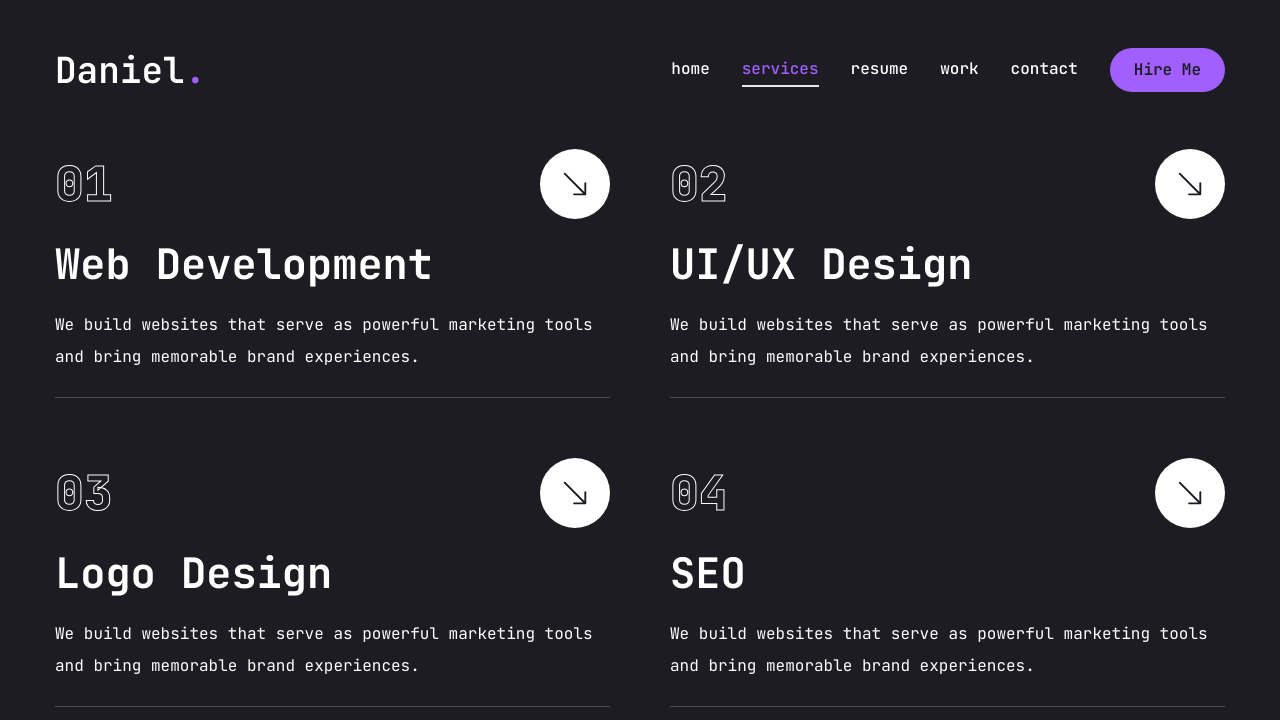
Repository: itsDarkos/Daniel-Portfolio
Page: /services
These files come from the project's save history. The page is drawn as it stood at one moment and after a run of saves; the edit follows.
The browser window is 1280 px wide. The pictures show the whole page.
The project was rebuilt for these pictures with package versions that can differ from the ones it lists, and the page was loaded fresh each time. The framework's server and built-in components were replaced by stand-ins that run in the browser. Also part of the build but not shown: next.config.mjs.

Above is the page before, as saved 2025-01-04 19:11:31.

### app/layout.jsx
import { JetBrains_Mono } from "next/font/google";
import "./globals.css";

// components
import Header from "@/components/Header";
import PageTransition from "@/components/PageTransition";
import StairTransition from "@/components/StairTransition";

const jetBrainsMono = JetBrains_Mono({
  variable: "--font-jetBrainsMono",
  weight: ["100", "200", "300", "400", "500", "600", "700", "800"],
  subsets: ["latin"],
});

export const metadata = {
  title: "Create Next App",
  description: "Generated by create next app",
};

export default function RootLayout({ children }) {
  return (
    <html lang="en">
      <body className={jetBrainsMono.variable}>
        <Header />
        <StairTransition />
        <PageTransition>{children}</PageTransition>
      </body>
    </html>
  );
}

### app/services/page.jsx
"use client";

import { BsArrowDownRight } from "react-icons/bs";
import Link from "next/link";

const services = [
  {
    num: "01",
    title: "Web Development",
    description:
      "We build websites that serve as powerful marketing tools and bring memorable brand experiences.",
    href: "",
  },
  {
    num: "02",
    title: "UI/UX Design",
    description:
      "We build websites that serve as powerful marketing tools and bring memorable brand experiences.",
    href: "",
  },
  {
    num: "03",
    title: "Logo Design",
    description:
      "We build websites that serve as powerful marketing tools and bring memorable brand experiences.",
    href: "",
  },
  {
    num: "04",
    title: "SEO",
    description:
      "We build websites that serve as powerful marketing tools and bring memorable brand experiences.",
    href: "",
  },
];

import { motion } from "framer-motion";

const Services = () => {
  return (
    <section className="min-h-[80vh] flex flex-col justify-center py-12 xl:py-0">
      <div className="container mx-auto">
        <motion.div
          initial={{ opacity: 0 }}
          animate={{
            opacity: 1,
            transition: { delay: 2.4, duration: 0.4, ease: "easeIn" },
          }}
          className="grid grid-cols-1 md:grid-cols-2 gap-[60px]"
        >
          {services.map((service, index) => {
            return (
              <div
                key={index}
                className="flex-1 flex flex-col justify-center gap-6 group"
              >
                {/* top */}
                <div className="w-full flex justify-between items-center">
                  <div className="text-5xl font-extrabold text-outline text-transparent group-hover:text-outline-hover transition-all duration-500">
                    {service.num}
                  </div>
                  <Link href={service.href} className="w-[70px] h-[70px] rounded-full bg-white group-hover:bg-accent transition-all duration-500 flex justify-center items-center hover:-rotate-45">
                    <BsArrowDownRight className="text-primary text-3xl" />
                  </Link>
                </div>
                {/* tiltle */}
                <h2 className="text-[42px] font-bold leading-none text-white group-hover:text-accent transition-all duration-500">{service.title}</h2>
                {/* description */}
                <p className="text-white">{service.description}</p>
                {/* border */}
                <div className="border-b border-white/20 w-full"></div>
              </div>
            );
          })}
        </motion.div>
      </div>
    </section>
  );
};

export default Services;

### app/globals.css
@tailwind base;
@tailwind components;
@tailwind utilities;

@layer base {
  body {
    @apply font-primary bg-primary text-white leading-loose;
  }

  .h1 {
    @apply text-[48px] xl:text-[80px] leading-[1.1] font-semibold;
  }

  .h2 {
    @apply text-[36px] xl:text-[48px] leading-[1.1] font-semibold;
  }

  .h3 {
    @apply text-[20px] xl:text-[24px] leading-[1.1] font-semibold;
  }
  .text-outline{
    -webkit-text-stroke: 1px #ffffff;
  }

  .text-outline-hover{
    -webkit-text-stroke: 1px #a15fff;
  }
}

### components/Header.jsx
import Link from "next/link";
import { Button } from "./ui/button";

// components
import { Nav } from "./Nav";
import MobileNav from "./MobileNav";

export const Header = () => {
  return (
    <header className="py-8 xl:py-12 text-white">
      <div className="container mx-auto flex justify-between items-center">
        {/* logo */}
        <Link href="/">
          <h1 className="text-4xl font-semibold">
            Daniel<span className="text-accent">.</span>
          </h1>
        </Link>
        {/* desktop nav & hire me button */}
        <div className="hidden xl:flex items-center gap-8">
          <Nav />
          <Link href="/contact">
            <Button>Hire Me</Button>
          </Link>
        </div>
        {/* mobile nav */}
        <div className="xl:hidden">
          <MobileNav />
        </div>
      </div>
    </header>
  );
};

export default Header;

### components/PageTransition.jsx
"use client";

import { AnimatePresence, motion } from "framer-motion"
import { usePathname } from "next/navigation";

const PageTransition = ({children}) => {
  const pathname = usePathname();
  return <AnimatePresence>
    <div key={pathname}>
      <motion.div
        initial ={{opacity: 1}}
        animate={{
          opacity: 0,
          transition:{delay: 1, duration: 0.4, ease: "easeInOut"},
        }}
        className="h-screen w-screen fixed bg-primary top-0 pointer-events-none"
      />
      {children}
    </div>
    </AnimatePresence>
}

export default PageTransition

### components/StairTransition.jsx
"use client";

import { AnimatePresence, motion } from "framer-motion";
import { usePathname } from "next/navigation";

//components
import Stairs from "./Stairs";

const StairTransition = () => {
  const pathname = usePathname();
  return (
    <>
      <AnimatePresence mode="wait">
        <div key={pathname}>
          <div className="h-screen w-screen fixed top-0 left-0 right-0 pointer-events-none z-40 flex">
            <Stairs />
          </div>
          <motion.div
            className="h-screen w-screen fixed bg-primary top-0 pointer-events-none"
            initial={{ opacity: 1 }}
            animate={{
              opacity: 0,
              transition: { delay: 1, duration: 0.4, ease: "easeInOut" },
            }}
          />
        </div>
      </AnimatePresence>
    </>
  );
};

export default StairTransition;

### components/ui/button.jsx
import * as React from "react";
import { Slot } from "@radix-ui/react-slot";
import { cva } from "class-variance-authority";

import { cn } from "@/lib/utils";

const buttonVariants = cva(
  "inline-flex items-center justify-center whitespace-nowrap rounded-full text-base font-semibold ring-offset-white transition-colors",
  {
    variants: {
      variant: {
        default:  "bg-accent text-primary hover:bg-accent-hover",
        primary:  "bg-primary text-white",
        outline:  "border border-accent bg-transparent text-accent hover:bg-accent hover:text-primary",
      },
      size: {
        default: "h-[44px] px-6",
        sm: "h-[48px] px-6",
        lg: "h-[56px] px-8 text-sm uppercase tracking-[2px]",
      },
    },
    defaultVariants: {
      variant: "default",
      size: "default",
    },
  }
);

const Button = React.forwardRef(
  ({ className, variant, size, asChild = false, ...props }, ref) => {
    const Comp = asChild ? Slot : "button";
    return (
      <Comp
        className={cn(buttonVariants({ variant, size, className }))}
        ref={ref}
        {...props}
      />
    );
  }
);
Button.displayName = "Button";

export { Button, buttonVariants };

### components/Nav.jsx
"use client";

import Link from "next/link";
import { usePathname } from "next/navigation";

const links = [
  {
    name: "home",
    path: "/",
  },
  {
    name: "services",
    path: "/services",
  },
  {
    name: "resume",
    path: "/resume",
  },
  {
    name: "work",
    path: "/work",
  },
  {
    name: "contact",
    path: "/contact",
  },
];

export const Nav = () => {
  const pathname = usePathname();
  console.log(pathname);
  return (
    <nav className="flex gap-8">
      {links.map((link, index) => {
        return (
          <Link
            href={link.path}
            key={index}
            className={`${
              link.path === pathname && "text-accent border-b-2 border-accent"
            }capitalize font-medium hover:text-accent transition all`}>
            {link.name}
          </Link>
        );
      })}
    </nav>
  );
};

export default Nav;

### components/MobileNav.jsx
"use client";

import { Sheet, SheetContent, SheetTrigger } from "@/components/ui/sheet";
import { usePathname } from "next/navigation";
import Link from "next/link";
import { CiMenuFries } from "react-icons/ci";

const links = [
  {
    name: "home",
    path: "/",
  },
  {
    name: "services",
    path: "/services",
  },
  {
    name: "resume",
    path: "/resume",
  },
  {
    name: "work",
    path: "/work",
  },
  {
    name: "contact",
    path: "/contact",
  },
];

const MobileNav = () => {
  const pathname = usePathname();
  return (
    <Sheet>
      <SheetTrigger className="flex justify-center items-center">
        <CiMenuFries className="text-[32px] text-accent" />
      </SheetTrigger>
      <SheetContent className="flex flex-col">
        {/* logo */}
        <div className="mt-32 mt-40 text-center text-2xl">
          <Link href="/"></Link>
          <h1 className="text-4xl font-semibold">
            Daniel<span className="text-accent">.</span>
          </h1>
        </div>
        {/* nav */}
        <nav className="flex flex-col justifi-center items-center gap-8">
          {links.map((link, index) => {
            return (
              <Link
                href={link.path}
                key={index}
                className={`${
                  link.path === pathname &&
                  "text-accent border-b-2 border-accent"
                } text-xl capitalize hover:text-accent transition`}
              >
                {link.name}
              </Link>
            );
          })}
        </nav>
      </SheetContent>
    </Sheet>
  );
};

export default MobileNav;

### components/Stairs.jsx
import { animate, motion } from "framer-motion";

//variants
const stairAimation = {
  initial: {
    top: "0%",
  },
  animate: {
    top: "100%",
  },
  exit: {
    top: ["100%", "0%"],
  },
};

//calculate the reverse index fot staggred delay
const reverseIndex = (index) => {
  const totalSteps = 6; //number of steps
  return totalSteps - index - 1;
};

const Stairs = () => {
  return (
    <>
      {/* render & motion divs, each representing a step of the stairs.
      Each div will have the same animation defined by the stoirsAnimation object.
      The delay for each div is calculated sinomically based on it's reversed index,
      creating a staggered effect with decreasing delay for each subsequent step.
     */}
      {[...Array(6)].map((_, index) => {
        return (
          <motion.div
            key={index}
            variants={stairAimation}
            initial="initial"
            animate="animate"
            exit="exit"
            transition={{
              duration: 0.4,
              ease: "easeInOut",
              delay: reverseIndex(index) * 0.1,
            }}
            className="h-full w-full bg-white relative"
          />
        );
      })}
    </>
  );
};

export default Stairs;

### components/ui/sheet.jsx
"use client";
import * as React from "react"
import * as SheetPrimitive from "@radix-ui/react-dialog"
import { cva } from "class-variance-authority";
import { cn } from "@/lib/utils"

import {IoMdClose} from "react-icons/io"

const Sheet = SheetPrimitive.Root

const SheetTrigger = SheetPrimitive.Trigger

const SheetClose = SheetPrimitive.Close

const SheetPortal = SheetPrimitive.Portal

const SheetOverlay = React.forwardRef(({ className, ...props }, ref) => (
  <SheetPrimitive.Overlay
    className={cn(
      "fixed inset-0 z-50 bg-black/80  data-[state=open]:animate-in data-[state=closed]:animate-out data-[state=closed]:fade-out-0 data-[state=open]:fade-in-0",
      className
    )}
    {...props}
    ref={ref} />
))
SheetOverlay.displayName = SheetPrimitive.Overlay.displayName

const sheetVariants = cva(
  "fixed z-50 gap-4 bg-primary p-6 shadow-lg transition ease-in-out data-[state=open]:animate-in data-[state=closed]:animate-out data-[state=closed]:duration-300 data-[state=open]:duration-500 dark:bg-neutral-950",
  {
    variants: {
      side: {
        top: "inset-x-0 top-0 border-b data-[state=closed]:slide-out-to-top data-[state=open]:slide-in-from-top",
        bottom:
          "inset-x-0 bottom-0 border-t data-[state=closed]:slide-out-to-bottom data-[state=open]:slide-in-from-bottom",
        left: "inset-y-0 left-0 h-full w-3/4 border-r data-[state=closed]:slide-out-to-left data-[state=open]:slide-in-from-left sm:max-w-sm",
        right:
          "inset-y-0 right-0 h-full w-3/4 data-[state=closed]:slide-out-to-right data-[state=open]:slide-in-from-right sm:max-w-sm",
      },
    },
    defaultVariants: {
      side: "right",
    },
  }
)

const SheetContent = React.forwardRef(({ side = "right", className, children, ...props }, ref) => (
  <SheetPortal>
    <SheetOverlay />
    <SheetPrimitive.Content ref={ref} className={cn(sheetVariants({ side }), className)} {...props}>
      {children}
      <SheetPrimitive.Close
        className="absolute right-8 top-8 transition opacity ouline-none">
        <IoMdClose className="text-3xl text-accent" />
        <span className="sr-only">Close</span>
      </SheetPrimitive.Close>
    </SheetPrimitive.Content>
  </SheetPortal>
))
SheetContent.displayName = SheetPrimitive.Content.displayName

const SheetHeader = ({
  className,
  ...props
}) => (
  <div
    className={cn("flex flex-col space-y-2 text-center sm:text-left", className)}
    {...props} />
)
SheetHeader.displayName = "SheetHeader"

const SheetFooter = ({
  className,
  ...props
}) => (
  <div
    className={cn("flex flex-col-reverse sm:flex-row sm:justify-end sm:space-x-2", className)}
    {...props} />
)
SheetFooter.displayName = "SheetFooter"

const SheetTitle = React.forwardRef(({ className, ...props }, ref) => (
  <SheetPrimitive.Title
    ref={ref}
    className={cn("text-lg font-semibold text-neutral-950 dark:text-neutral-50", className)}
    {...props} />
))
SheetTitle.displayName = SheetPrimitive.Title.displayName

const SheetDescription = React.forwardRef(({ className, ...props }, ref) => (
  <SheetPrimitive.Description
    ref={ref}
    className={cn("text-sm text-neutral-500 dark:text-neutral-400", className)}
    {...props} />
))
SheetDescription.displayName = SheetPrimitive.Description.displayName

export {
  Sheet,
  SheetPortal,
  SheetOverlay,
  SheetTrigger,
  SheetClose,
  SheetContent,
  SheetHeader,
  SheetFooter,
  SheetTitle,
  SheetDescription,
}

### tailwind.config.mjs
/** @type {import('tailwindcss').Config} */
// eslint-disable-next-line import/no-anonymous-default-export
export default {
  darkMode: ["class"],
  content: [
    "./pages/**/*.{js,ts,jsx,tsx,mdx}",
    "./components/**/*.{js,ts,jsx,tsx,mdx}",
    "./app/**/*.{js,ts,jsx,tsx,mdx}",
  ],
  theme: {
    container: {
      center: true,
      padding: "15px",
    },
    screens: {
      sm: "640px",
      md: "768px",
      lg: "960px",
      xl: "1200px",
    },
    fontFamily: {
      primary: "var(--font-jetBrainsMono)",
    },
    extend: {
      colors: {
        primary: "#1c1c22",
        accent: {
          DEFAULT: "#a15fff",
          hover: "#8e4cff",
        },
      },
      borderRadius: {
        lg: "var(--radius)",
        md: "calc(var(--radius) - 2px)",
        sm: "calc(var(--radius) - 4px)",
      },
    },
  },
  plugins: [require("tailwindcss-animate")],
};

Loaded but not shown: lib/utils.js (common file)

After the next 2 saves:
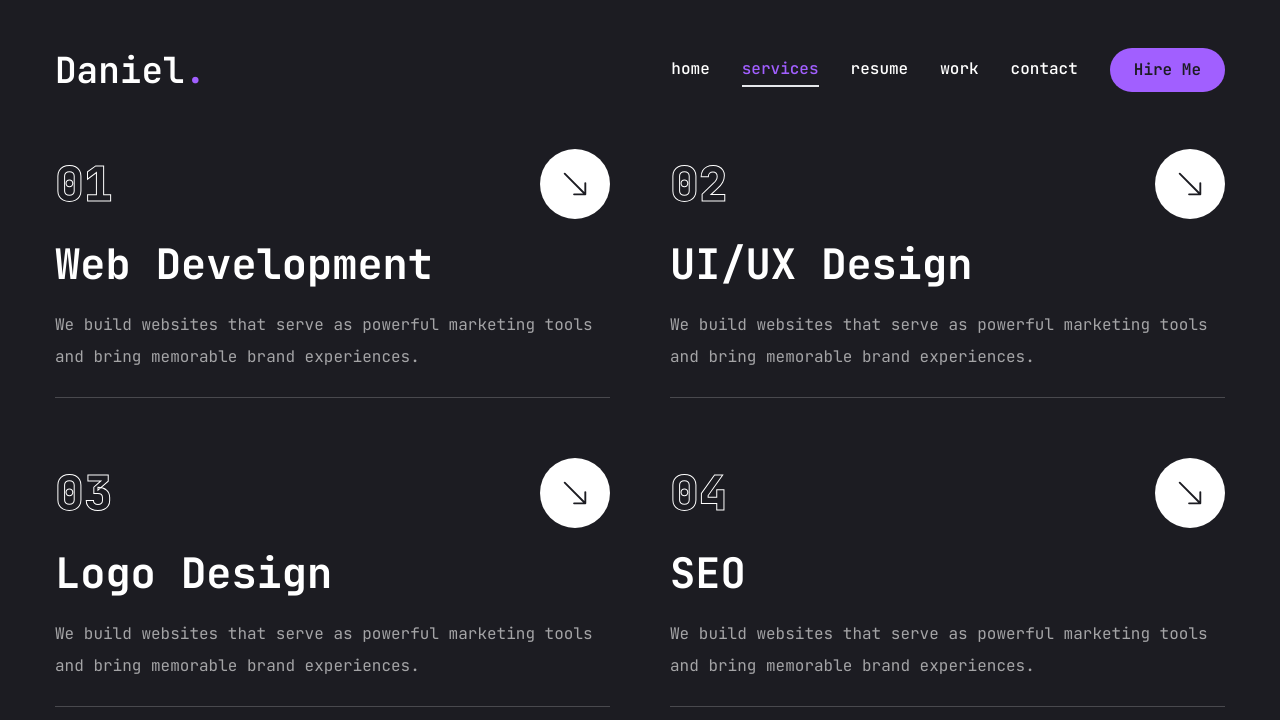
The 2 saves are shown as one change because they came seconds apart.
The last was saved 9 s later.
--- a/app/services/page.jsx
+++ b/app/services/page.jsx
@@ -66,7 +66,7 @@ const Services = () => {
                 {/* tiltle */}
                 <h2 className="text-[42px] font-bold leading-none text-white group-hover:text-accent transition-all duration-500">{service.title}</h2>
                 {/* description */}
-                <p className="text-white">{service.description}</p>
+                <p className="text-white/60 ">{service.description}</p>
                 {/* border */}
                 <div className="border-b border-white/20 w-full"></div>
               </div>
